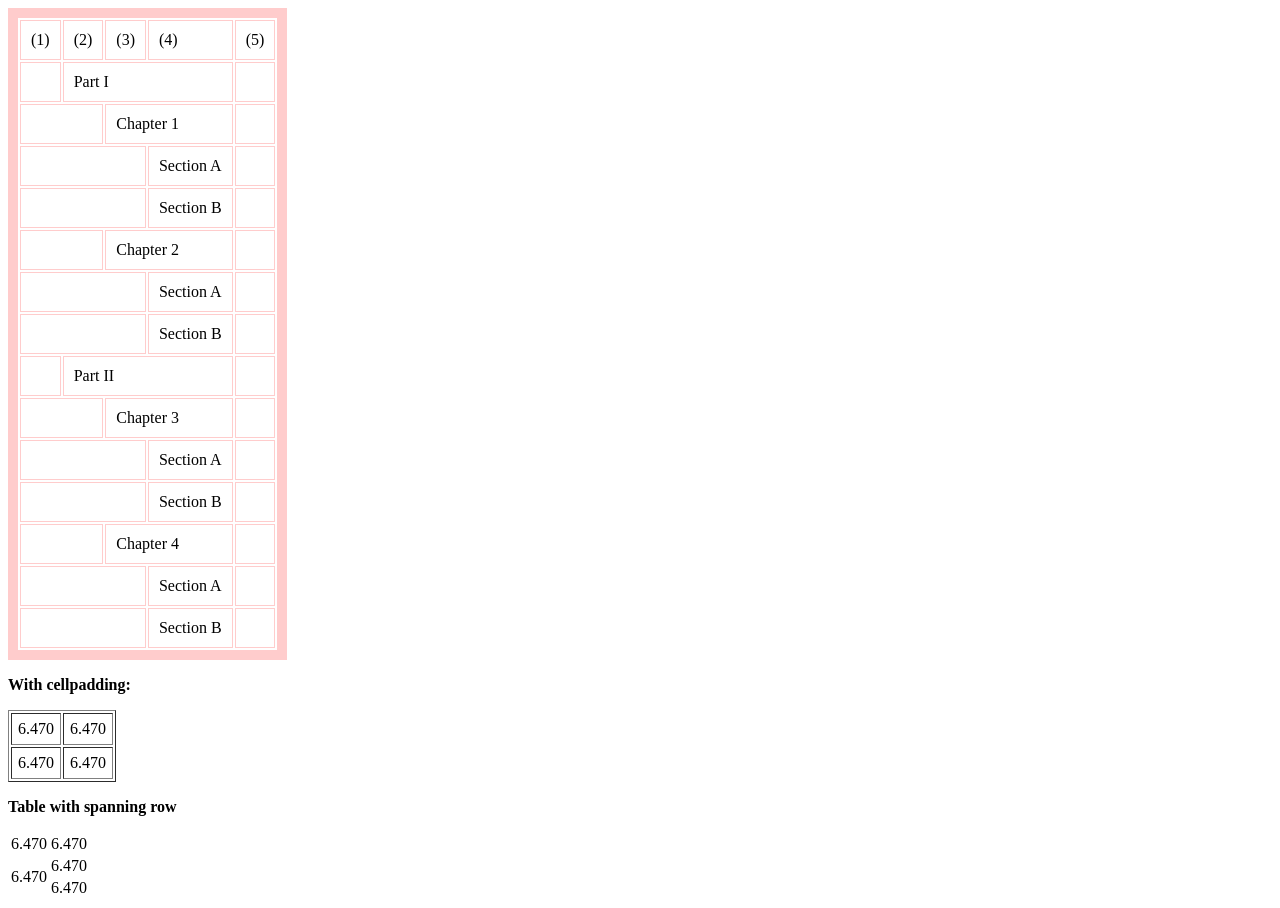
Repository: watermelonfee/HTCNWEB
Page: Tuan01/BT06/BT06b.html
An editor plug-in stored every save of this project. The page is shown before and after the next save, followed by the edit.
The browser window is 1280 px wide. The pictures show the whole page.

Above is the page before, as saved 2023-02-21 22:44:13.

After the next save:
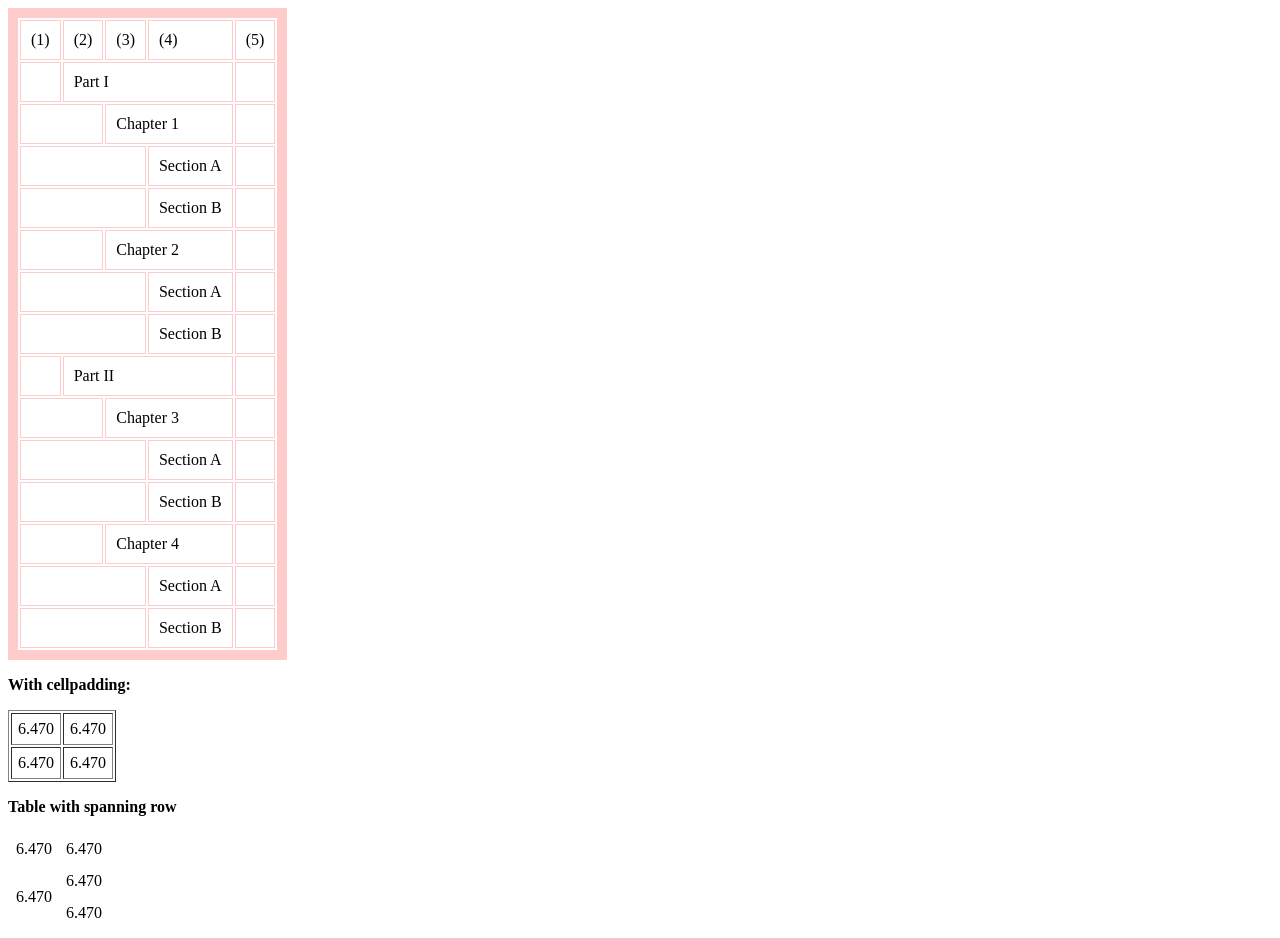
Saved 62 s later.
--- a/Tuan01/BT06/BT06b.html
+++ b/Tuan01/BT06/BT06b.html
@@ -101,7 +101,7 @@
             </table>
 
             <p><b>Table with spanning row</b></p>
-            <table>
+            <table border:5px cellpadding="6.470px">
                 <tr>
                     <td>6.470</td>
                     <td>6.470</td>
